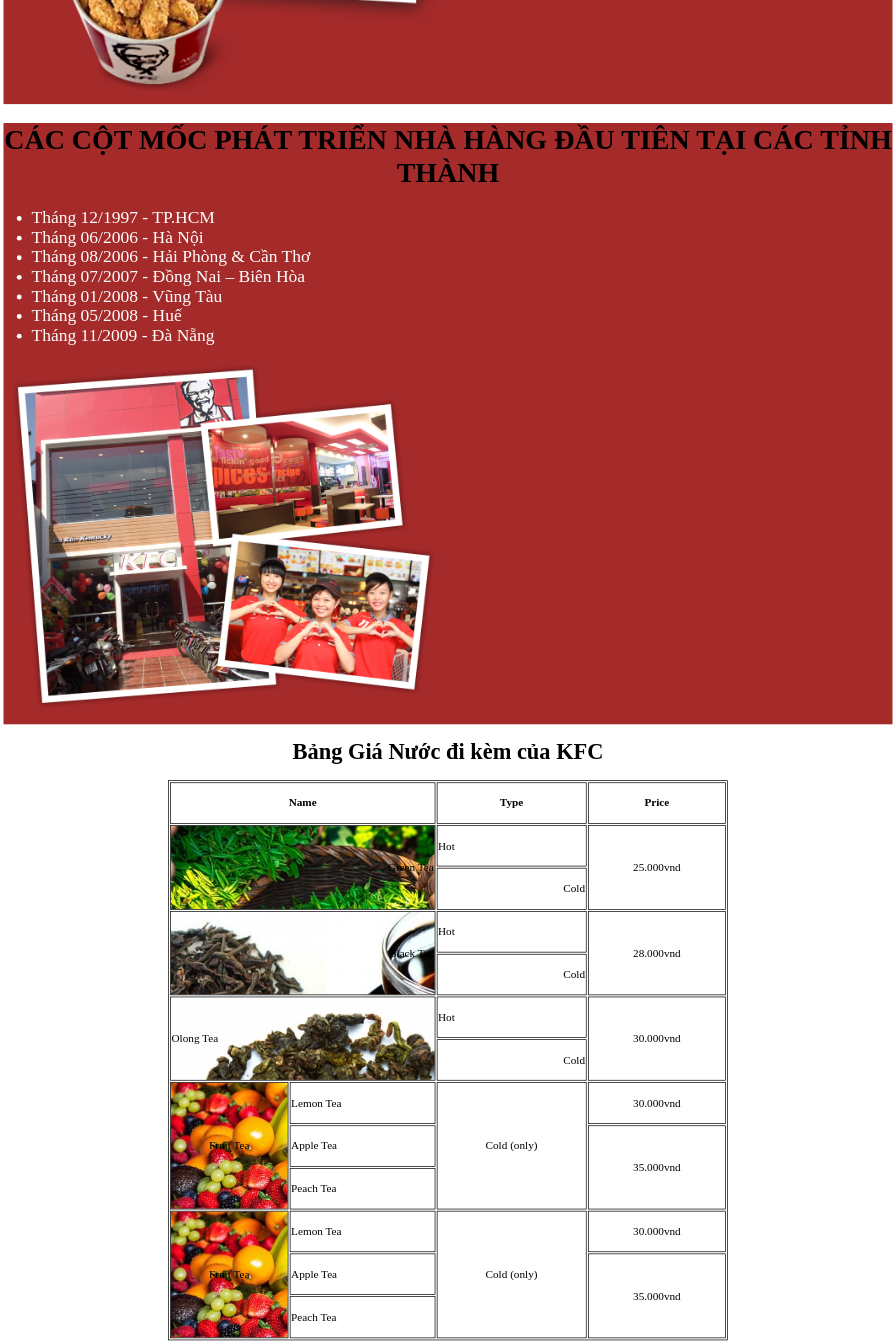
Repository: giahuy405/BC38__-BaiTapHTML_KFC__Pham_Gia_Huy
Page: index.html
The author's editor kept a copy of each file at every save. The page is drawn from the files as they stood at one save, then again after the next save.
The browser window is 1280 px wide. The pictures show the part of the page from y = 1044 to 2964 px (the page is 2964 px tall), at 70% of full size.

Above is the page before, as saved 2022-09-06 21:14:47.

After the next save:
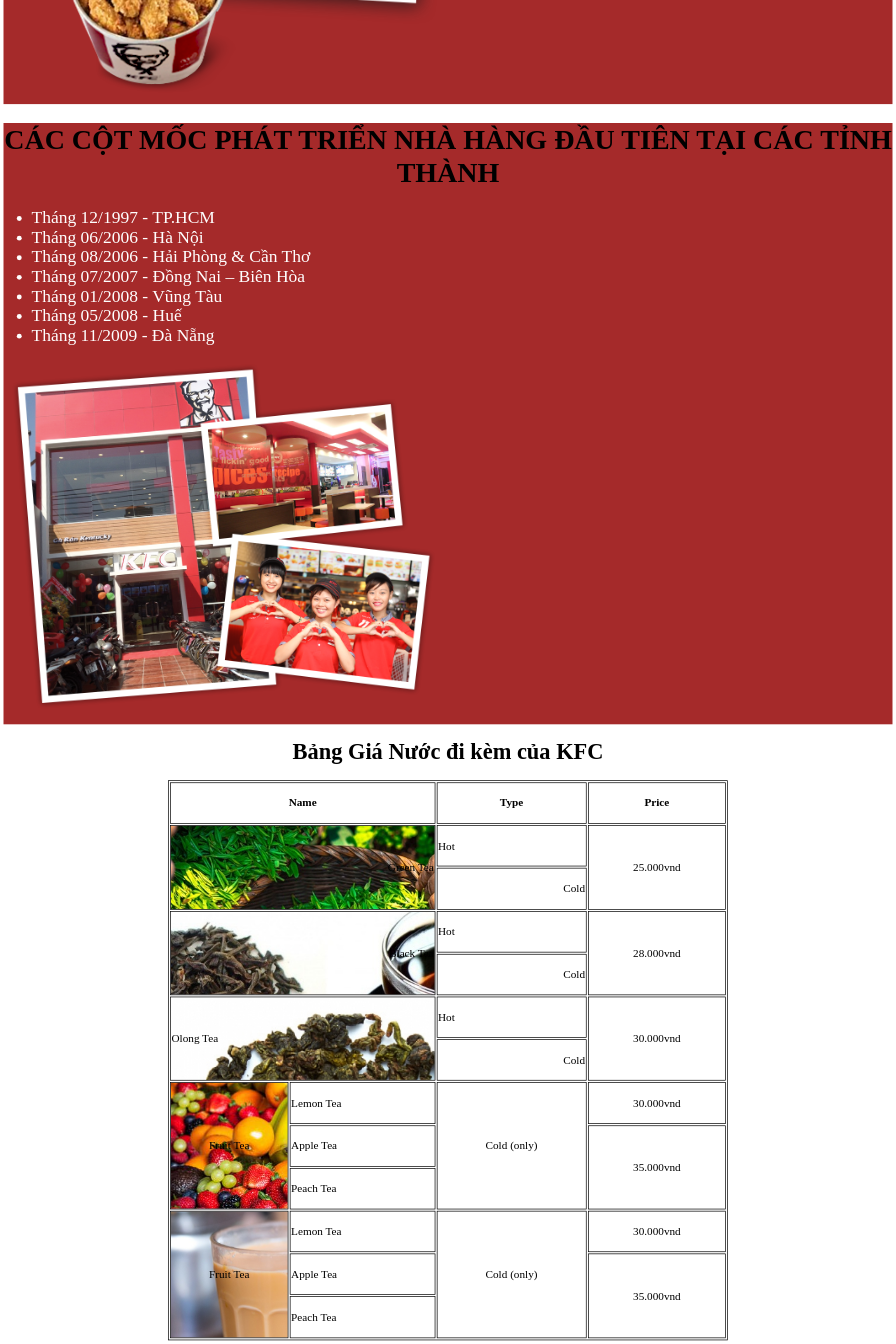
Saved 9 s later.
--- a/index.html
+++ b/index.html
@@ -96,7 +96,7 @@
             </tr>
 
             <tr>
-                <td rowspan="3"   style="background-image: url(./img/fruit.jpg);text-align: center;">Fruit Tea</td>
+                <td rowspan="3"   style="background-image: url(./img/milktea.png);text-align: center;">Fruit Tea</td>
                 <td>Lemon Tea</td>
                 <td style="text-align: center;" rowspan="3">Cold (only)</td>
                 <td style="text-align: center;">30.000vnd</td>
